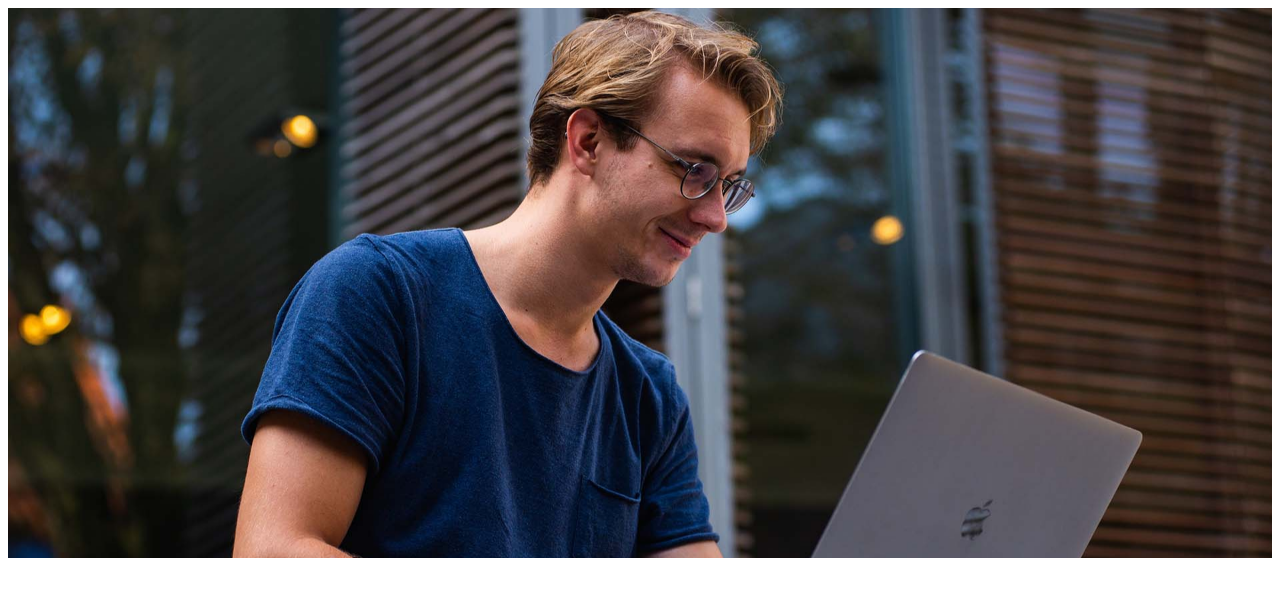
Repository: masamichan/free_video_app
Page: /
These files come from the project's save history. The page is drawn as it stood at one moment and after the next save; the edit follows.
The browser window is 1280 px wide. The page is 1280 px wide, then 1288 px, so the pictures cover 1288 px, including what lies to the right of the window. The pictures show the whole page.
The project was rebuilt for these pictures with package versions that can differ from the ones it lists, and the page was loaded fresh each time.

Above is the page before, as saved 2023-01-19 19:24:33.

### public/index.html
<!DOCTYPE html>
<html lang="en">
  <head>
    <meta charset="utf-8" />
    <link rel="icon" href="%PUBLIC_URL%/icon.png" />
    <meta name="viewport" content="width=device-width, initial-scale=1" />
    <meta name="theme-color" content="#000000" />
    <meta
      name="description"
      content="Web site created using create-react-app"
    />

    <link rel="manifest" href="%PUBLIC_URL%/manifest.json" />

    <link rel="preconnect" href="https://fonts.googleapis.com">
    <link rel="preconnect" href="https://fonts.gstatic.com" crossorigin>
    <link
      href="https://fonts.googleapis.com/css2?family=Montserrat:wght@400;700;800&family=Raleway:wght@300;400;600;700&display=swap"
      rel="stylesheet">

    <title>Easy Leaning</title>
  </head>
  <body>
    <noscript>You need to enable JavaScript to run this app.</noscript>
    <div style="width: 100%;" id="root"></div>

  </body>
</html>

### src/App.js
import React from "react";
import { TopBanner } from "./components/TopBanner/TopBanner";

function App() {
  return (
    <div>
      <TopBanner />
    </div>
  );
}

export default App;

### src/components/TopBanner/TopBanner.jsx
import React, { Component, Fragment } from "react";
import { Container } from "react-bootstrap";
import "../../asset/css/custom.css";

export class TopBanner extends Component {
  render() {
    return (
      <Fragment>
        <Container className="topFixedBanner"></Container>
      </Fragment>
    );
  }
}

export default TopBanner;

### src/asset/css/custom.css
.topFixedBanner {
  background-image: url("../image/banner.jpg");
  min-height: 550px;
  background-attachment: fixed;
  background-position: center;
  background-repeat: no-repeat;
  background-size: cover;
}
.topBannerOverlay {
  position: absolute;
  min-height: 550px;
  width: 100%;
  background: rgb(0, 0, 0, 0.7);
}

Loaded but not shown: src/index.js (common file)

After the next save:
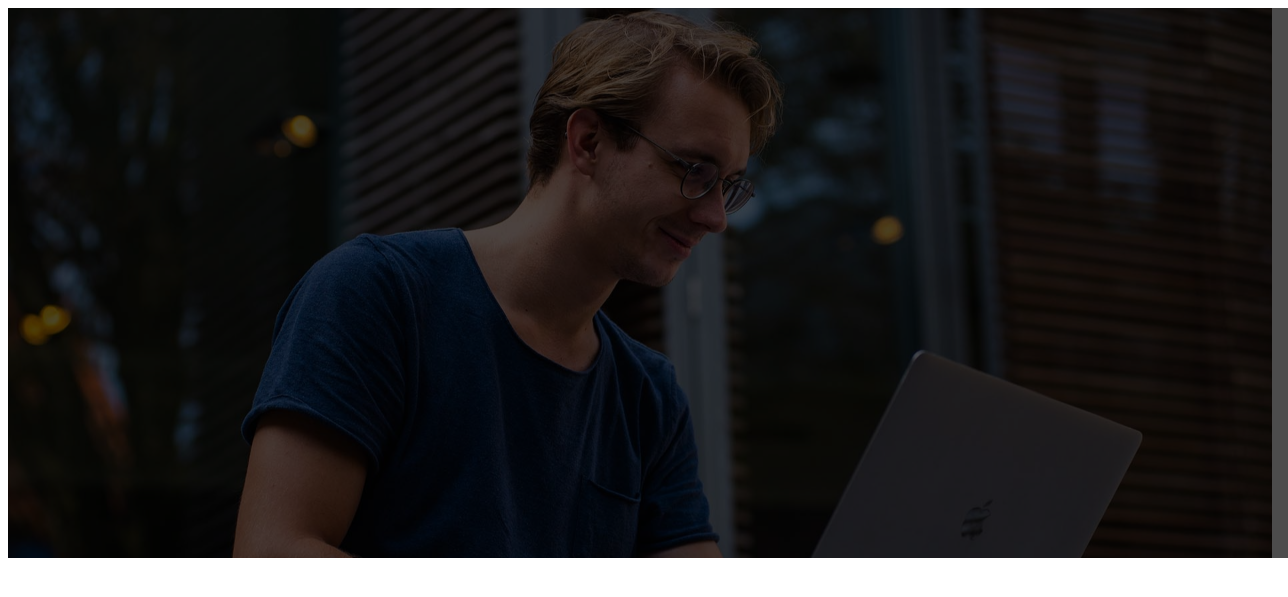
Saved 3 min 35 s later.
--- a/src/components/TopBanner/TopBanner.jsx
+++ b/src/components/TopBanner/TopBanner.jsx
@@ -6,7 +6,9 @@ export class TopBanner extends Component {
   render() {
     return (
       <Fragment>
-        <Container className="topFixedBanner"></Container>
+        <Container className="topFixedBanner">
+          <div className="topBannerOverlay"></div>
+        </Container>
       </Fragment>
     );
   }
